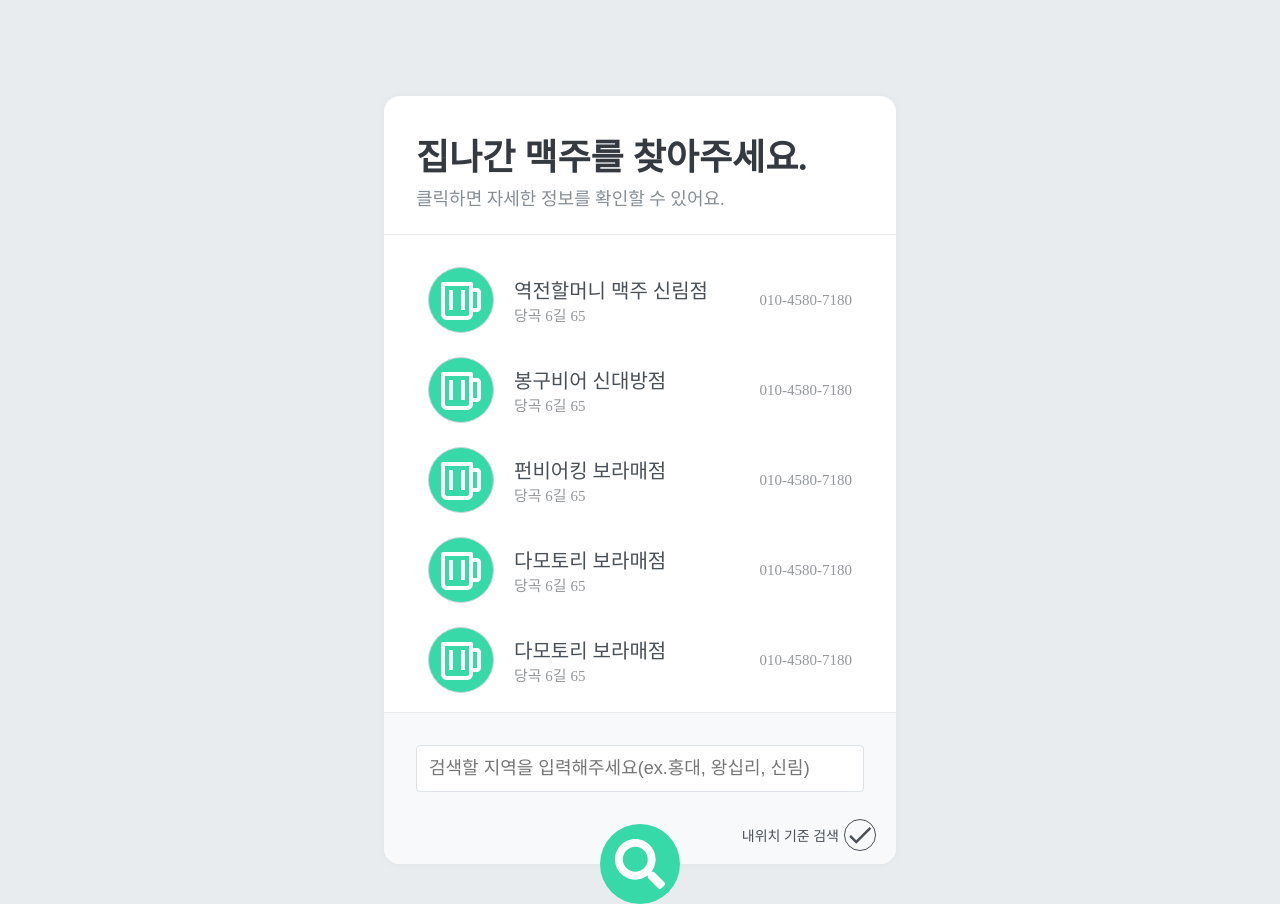
Repository: THE-SOPT-WEB/kimNamjun
Page: / (app in week4/bring-my-beer/)
The author's editor kept a copy of each file at every save. The page is drawn from the files as they stood at one save, then again after the next save.
The browser window is 1280 px wide. The pictures show the whole page.
An inner scrolling area shows only its first screen. The project was rebuilt for these pictures with package versions that can differ from the ones it lists, and the page was loaded fresh each time.

Above is the page before, as saved 2022-05-13 02:59:08.

### week4/bring-my-beer/public/index.html
<!DOCTYPE html>
<html lang="en">
  <head>
    <meta charset="utf-8" />
    <link rel="icon" href="%PUBLIC_URL%/favicon.ico" />
    <meta name="viewport" content="width=device-width, initial-scale=1" />
    <meta name="theme-color" content="#000000" />
    <meta
      name="description"
      content="Web site created using create-react-app"
    />
    <link rel="apple-touch-icon" href="%PUBLIC_URL%/logo192.png" />
    <!--
      manifest.json provides metadata used when your web app is installed on a
      user's mobile device or desktop. See https://developers.google.com/web/fundamentals/web-app-manifest/
    -->
    <link rel="manifest" href="%PUBLIC_URL%/manifest.json" />
    <!--
      Notice the use of %PUBLIC_URL% in the tags above.
      It will be replaced with the URL of the `public` folder during the build.
      Only files inside the `public` folder can be referenced from the HTML.

      Unlike "/favicon.ico" or "favicon.ico", "%PUBLIC_URL%/favicon.ico" will
      work correctly both with client-side routing and a non-root public URL.
      Learn how to configure a non-root public URL by running `npm run build`.
    -->
    <title>우리동네 맥주집</title>
  </head>
  <body>
    <noscript>You need to enable JavaScript to run this app.</noscript>
    <div id="root"></div>
    <!--
      This HTML file is a template.
      If you open it directly in the browser, you will see an empty page.

      You can add webfonts, meta tags, or analytics to this file.
      The build step will place the bundled scripts into the <body> tag.

      To begin the development, run `npm start` or `yarn start`.
      To create a production bundle, use `npm run build` or `yarn build`.
    -->
  </body>
</html>

### week4/bring-my-beer/src/App.js
import React from 'react';
import { createGlobalStyle } from 'styled-components';
import Template from './components/Template';
import Header from './components/Header';
import List from './components/List';
import Search from './components/Search';

const GlobalStyle = createGlobalStyle`
  body {
    background: #e9ecef;
  }
`;

function App() {
  return (
    <>
      <GlobalStyle />
      <Template>
        <Header />
        <List />
        <Search />
      </Template>
    </>
  );
}

export default App;

### week4/bring-my-beer/src/components/Template.jsx
import React from 'react';
import styled from 'styled-components';

const TemplateBlock = styled.div`
  width: 512px;
  height: 768px;

  position: relative;
  background: white;
  border-radius: 16px;
  box-shadow: 0 0 8px 0 rgba(0, 0, 0, 0.04);

  margin: 0 auto;

  margin-top: 96px;
  margin-bottom: 32px;
  display: flex;
  flex-direction: column;
`;

function Template({ children }) {
  return <TemplateBlock>{children}</TemplateBlock>;
}

export default Template;

### week4/bring-my-beer/src/components/Header.jsx
import React from 'react';
import styled from 'styled-components';

const HeaderBlock = styled.div`
  padding: 32px 32px 24px 32px;
  border-bottom: 1px solid #e9ecef;
  h1 {
    margin: 0;
    font-size: 36px;
    color: #343a40;
  }
  .tip {
    margin-top: 4px;
    color: #868e96;
    font-size: 18px;
  }
`;

function Header() {
  return (
    <HeaderBlock>
      <h1>집나간 맥주를 찾아주세요. </h1>
      <div className="tip">클릭하면 자세한 정보를 확인할 수 있어요.</div>
    </HeaderBlock>
  );
}

export default Header;

### week4/bring-my-beer/src/components/List.jsx
import React from 'react';
import axios from "axios";
import Skeleton, { SkeletonTheme } from 'react-loading-skeleton'
import styled from 'styled-components';
import Item from './Item';

const ListBlock = styled.div`
  flex: 1;
  padding: 20px 32px;
  padding-bottom: 48px;
  overflow-y: auto;
`;

function List() {
  return (
    <ListBlock>
      <Item title="역전할머니 맥주 신림점" adress='당곡 6길 65' contact='010-4580-7180'/>
      <Item title="봉구비어 신대방점" adress='당곡 6길 65' contact='010-4580-7180'/>
      <Item title="펀비어킹 보라매점" adress='당곡 6길 65' contact='010-4580-7180'/>
      <Item title="다모토리 보라매점" adress='당곡 6길 65' contact='010-4580-7180'/>
      <Item title="다모토리 보라매점" adress='당곡 6길 65' contact='010-4580-7180'/>
      <Item title="다모토리 보라매점" adress='당곡 6길 65' contact='010-4580-7180'/>
      <Item title="다모토리 보라매점" adress='당곡 6길 65' contact='010-4580-7180'/>
      <Item title="다모토리 보라매점" adress='당곡 6길 65' contact='010-4580-7180'/>
      <Item title="다모토리 보라매점" adress='당곡 6길 65' contact='010-4580-7180'/>
      <Item title="다모토리 보라매점" adress='당곡 6길 65' contact='010-4580-7180'/>
      <Item title="다모토리 보라매점" adress='당곡 6길 65' contact='010-4580-7180'/>
      <Item title="다모토리 보라매점" adress='당곡 6길 65' contact='010-4580-7180'/>
      <Item title="다모토리 보라매점" adress='당곡 6길 65' contact='010-4580-7180'/>
      <Item title="다모토리 보라매점" adress='당곡 6길 65' contact='010-4580-7180'/>
      <Item title="다모토리 보라매점" adress='당곡 6길 65' contact='010-4580-7180'/>
      <Item title="다모토리 보라매점" adress='당곡 6길 65' contact='010-4580-7180'/>
    </ListBlock>
  );
}

export default List;

### week4/bring-my-beer/src/components/Search.jsx
import React, {useState} from 'react';
import styled, {css} from 'styled-components';
import { FaSearch } from 'react-icons/fa';
import { MdDone } from 'react-icons/md';

const CircleButton = styled.button`
  background: #38d9a9;
  &:hover {
    background: #63e6be;
  }
  &:active {
    background: #20c997;
  }

  cursor: pointer;
  width: 80px;
  height: 80px;
  display: block;
  align-items: center;
  justify-content: center;
  font-size: 50px;
  position: absolute;
  left: 50%;
  bottom: 0px;
  transform: translate(-50%, 50%);
  color: white;
  border-radius: 50%;
  border: none;
  outline: none;
  display: flex;
  align-items: center;
  justify-content: center;
  transition: 0.125s all ease-in;

`;

const InsertFormPositioner = styled.div`
  width: 100%;
  bottom: 0;
  left: 0;
  position: absolute;
`;

const InsertForm = styled.form`
  background: #f8f9fa;
  padding: 32px 32px 72px 32px;
  border-bottom-left-radius: 16px;
  border-bottom-right-radius: 16px;
  border-top: 1px solid #e9ecef;
`;

const Input = styled.input`
  padding: 12px;
  border-radius: 4px;
  border: 1px solid #dee2e6;
  width: 100%;
  outline: none;
  font-size: 18px;
  box-sizing: border-box;
`;

const CheckBox = styled.div`
  font-size: 14px;
  position: absolute;
  right: 20px;
  bottom: 5px;
  display: flex;
  align-items: center;
  justify-content: center;
  transition: 0.125s all ease-in;
  color: #495057;
`

const SmallCircleButton = styled.div`
  &:hover {
    border: 1px solid #38d9a9;
    color:#38d9a9;
  }
  &:active {
    border: 1px solid #20c997;;
    color:#20c997;;
  }

  cursor: pointer;
  width: 30px;
  height: 30px;
  font-size: 50px;
  color: #495057;
  border: 1px solid #495057;
  border-radius: 50%;
  margin-left: 5px;
  display: flex;
  align-items: center;
  justify-content: center;

  transition: 0.125s all ease-in;
  ${props =>
    props.checked &&
    css`
      border: 1px solid #38d9a9;
      color:#38d9a9;
    `}
`

function Search() {

  const [checked, setChecked] = useState(false);

  const onToggle = () => setChecked(!checked);

  return (
    <>
        <InsertFormPositioner>
          <InsertForm>
            <Input autoFocus placeholder="검색할 지역을 입력해주세요(ex.홍대, 왕십리, 신림)" disabled={checked} />
          </InsertForm>
        </InsertFormPositioner>
      <CircleButton>
        <FaSearch/>
      </CircleButton>
      <CheckBox>
        <p> 내위치 기준 검색</p>
        <SmallCircleButton onClick={onToggle} checked={checked}>
          <MdDone/>
        </SmallCircleButton>
      </CheckBox>

    </>
  );
}

export default Search;

### week4/bring-my-beer/src/components/Item.jsx
import React from 'react';
import styled  from 'styled-components';
import { BiBeer } from 'react-icons/bi';

const ItemBlock = styled.div`
  display: flex;
  align-items: center;
  padding: 12px;
  border-radius:10px;
  transition: 0.25s all ease-in;
  cursor: pointer;
  &:hover{
    box-shadow: 0 0 8px 0 rgba(0, 0, 0, 0.5);
  }
`;

const Icon = styled.div`
  width: 64px;
  height: 64px;
  border-radius: 50px;
  border: 1px solid #ced4da;
  font-size: 48px;
  display: flex;
  align-items: center;
  justify-content: center;
  margin-right: 20px;
  cursor: pointer;
  background-color: #38d9a9;
  color: #fff;
`;

const Title = styled.div`
  flex: 1;
  font-size: 20px;
  color: #495057;
`;

const Adress = styled.div`
  font-size: 15px;
  color: #94979b;
`

const  Contact = styled.div`
  font-size: 15px;
  color: #94979b;
`

function Item({ title,adress,contact }) {
  return (
    <ItemBlock>
      <Icon >
        <BiBeer />
      </Icon>
      <Title >{title}
        <Adress>{adress}</Adress>
      </Title>
      <Contact>{contact}</Contact>
    </ItemBlock>
  );
}

export default Item;

Loaded but not shown: week4/bring-my-beer/src/index.js (common file)

After the next save:
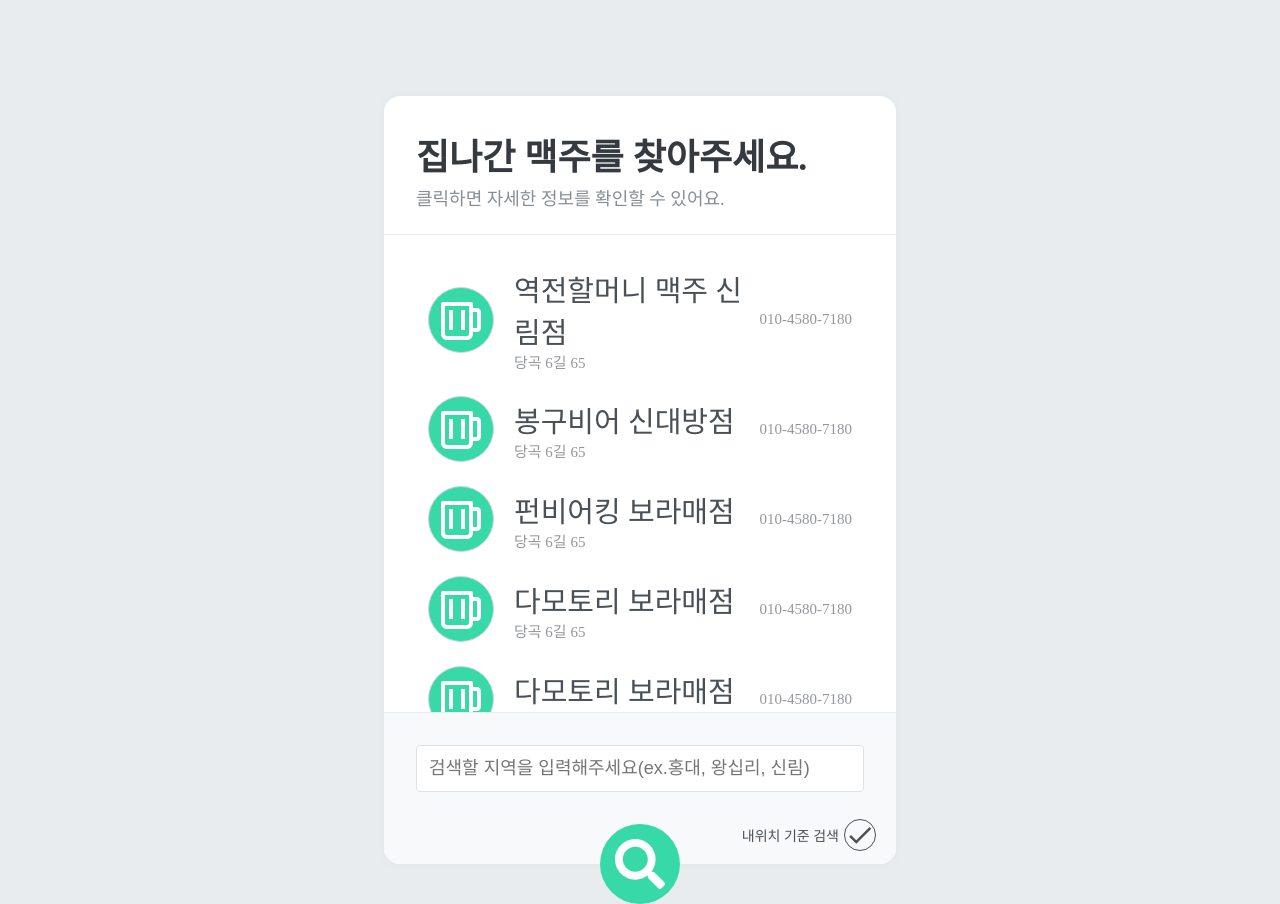
Saved 5 s later.
--- a/week4/bring-my-beer/src/components/Item.jsx
+++ b/week4/bring-my-beer/src/components/Item.jsx
@@ -31,7 +31,7 @@ const Icon = styled.div`
 
 const Title = styled.div`
   flex: 1;
-  font-size: 20px;
+  font-size: 29px;
   color: #495057;
 `;
 
